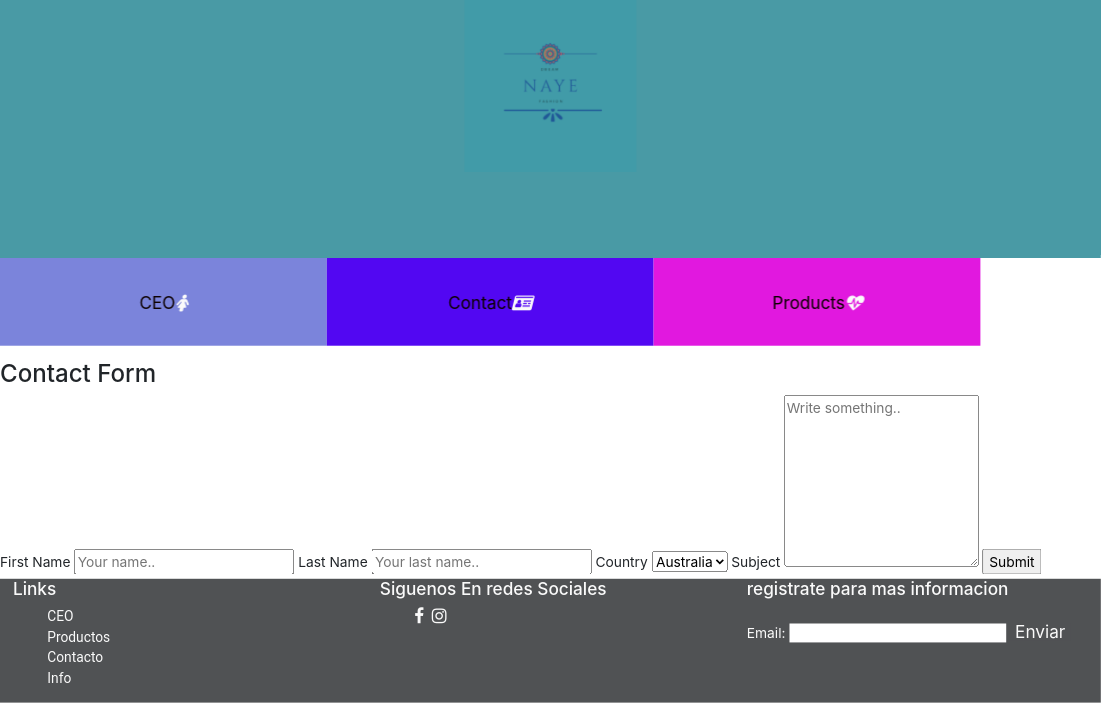
Repository: cachimiro/1-mile-stone-project
Page: contactos.html
The author's editor kept a record of every edit. The page is drawn from the files as they stood at one moment, then again after the next edit.
The browser window is 1280 px wide. The pictures show the whole page, at 86% of full size.
Some web libraries are served in a nearby version.

Above is the page before.

After the next edit:
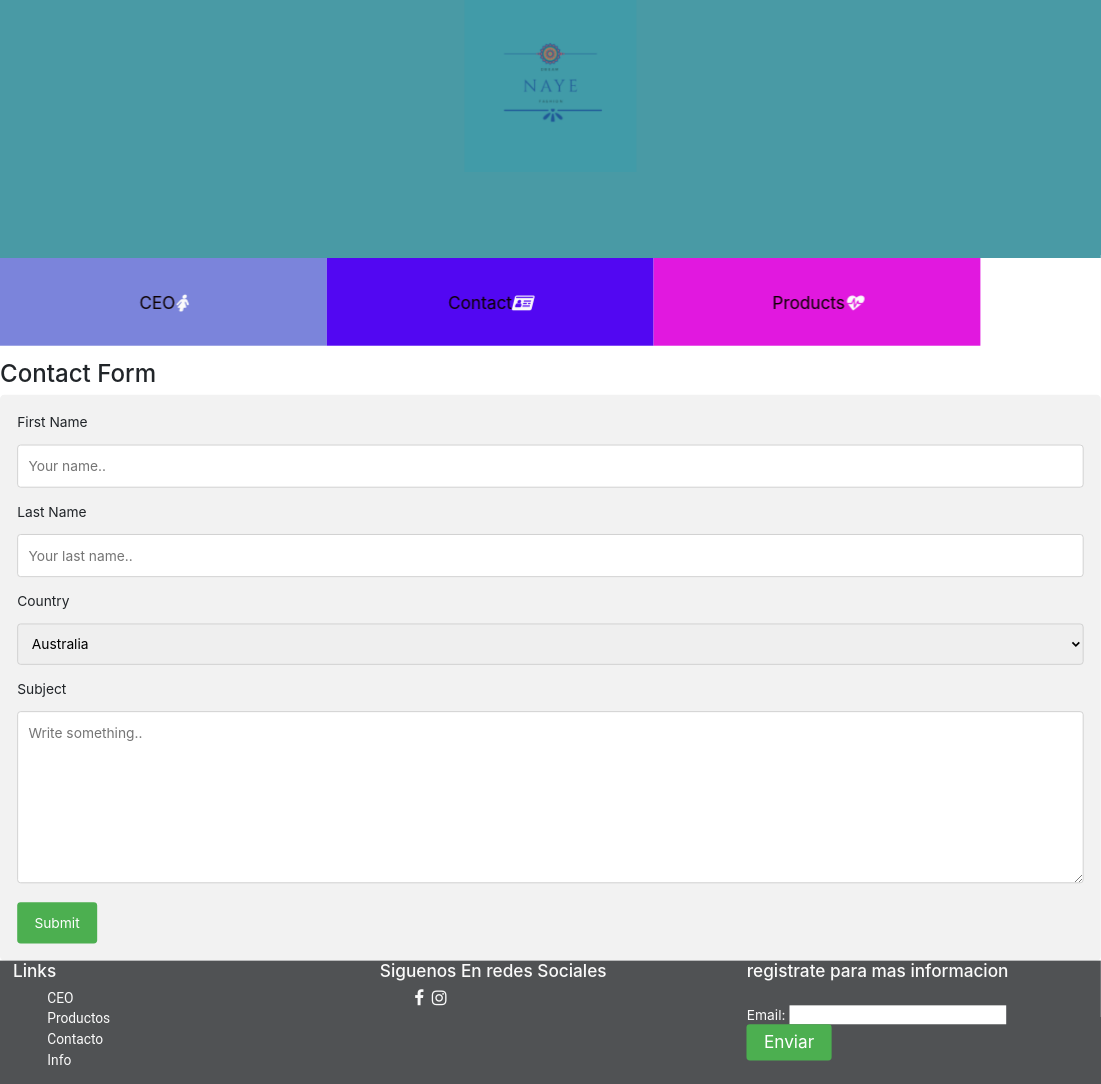
The edit:
--- a/css/style.css
+++ b/css/style.css
@@ -489,3 +489,33 @@
     left: -70px;
 
 }
+/*contact form*/
+input[type=text], select, textarea {
+  width: 100%;
+  padding: 12px;
+  border: 1px solid #ccc;
+  border-radius: 4px;
+  box-sizing: border-box;
+  margin-top: 6px;
+  margin-bottom: 16px;
+  resize: vertical;
+}
+
+input[type=submit] {
+  background-color: #4CAF50;
+  color: white;
+  padding: 12px 20px;
+  border: none;
+  border-radius: 4px;
+  cursor: pointer;
+}
+
+input[type=submit]:hover {
+  background-color: #45a049;
+}
+
+.container-6 {
+  border-radius: 5px;
+  background-color: #f2f2f2;
+  padding: 20px;
+}
